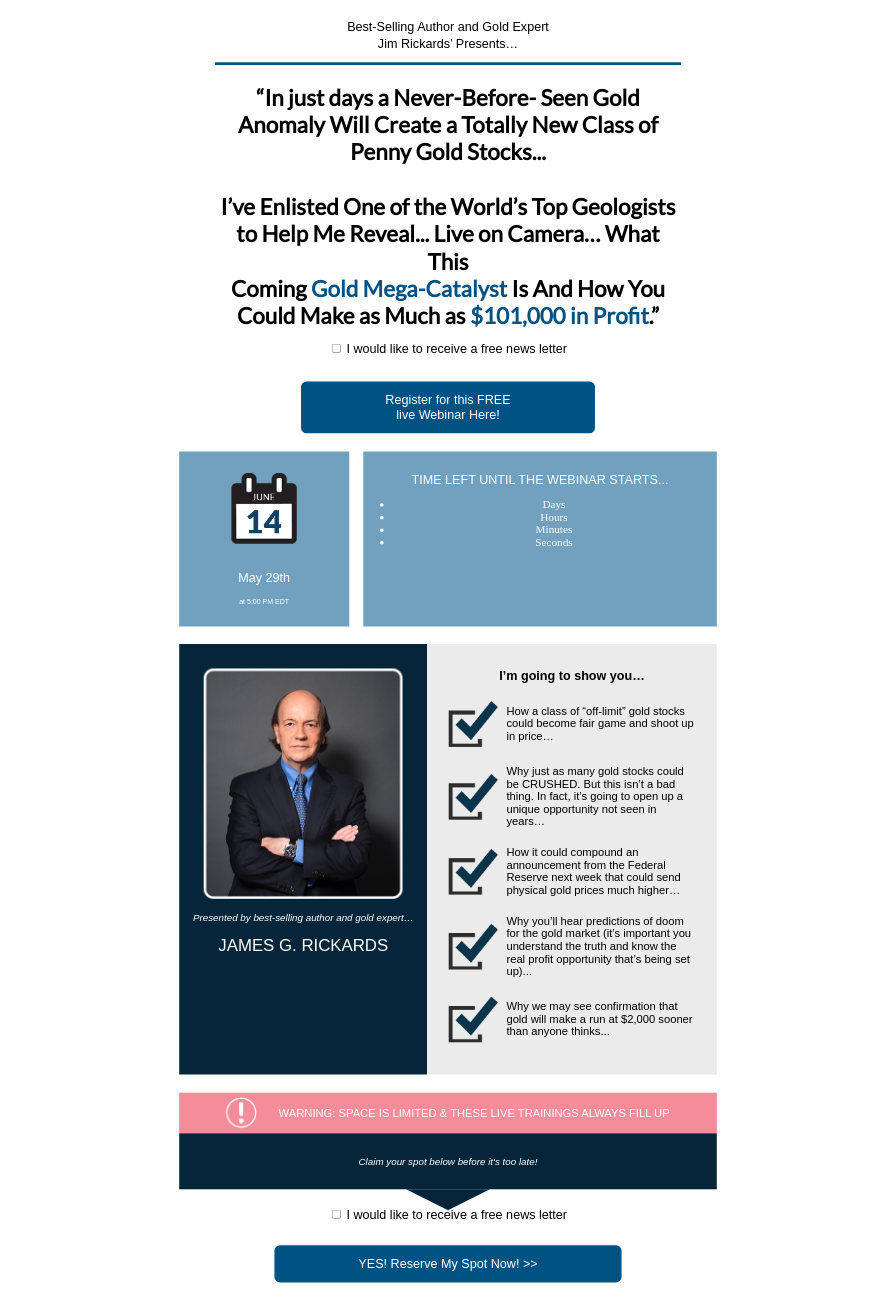
Repository: KrystellBarraza/Test
Page: index.html
The author's editor kept a copy of each file at every save. The page is drawn from the files as they stood at one save, then again after the next save.
The browser window is 1280 px wide. The pictures show the whole page, at 70% of full size.

Above is the page before, as saved 2019-10-07 13:29:44.

After the next save:
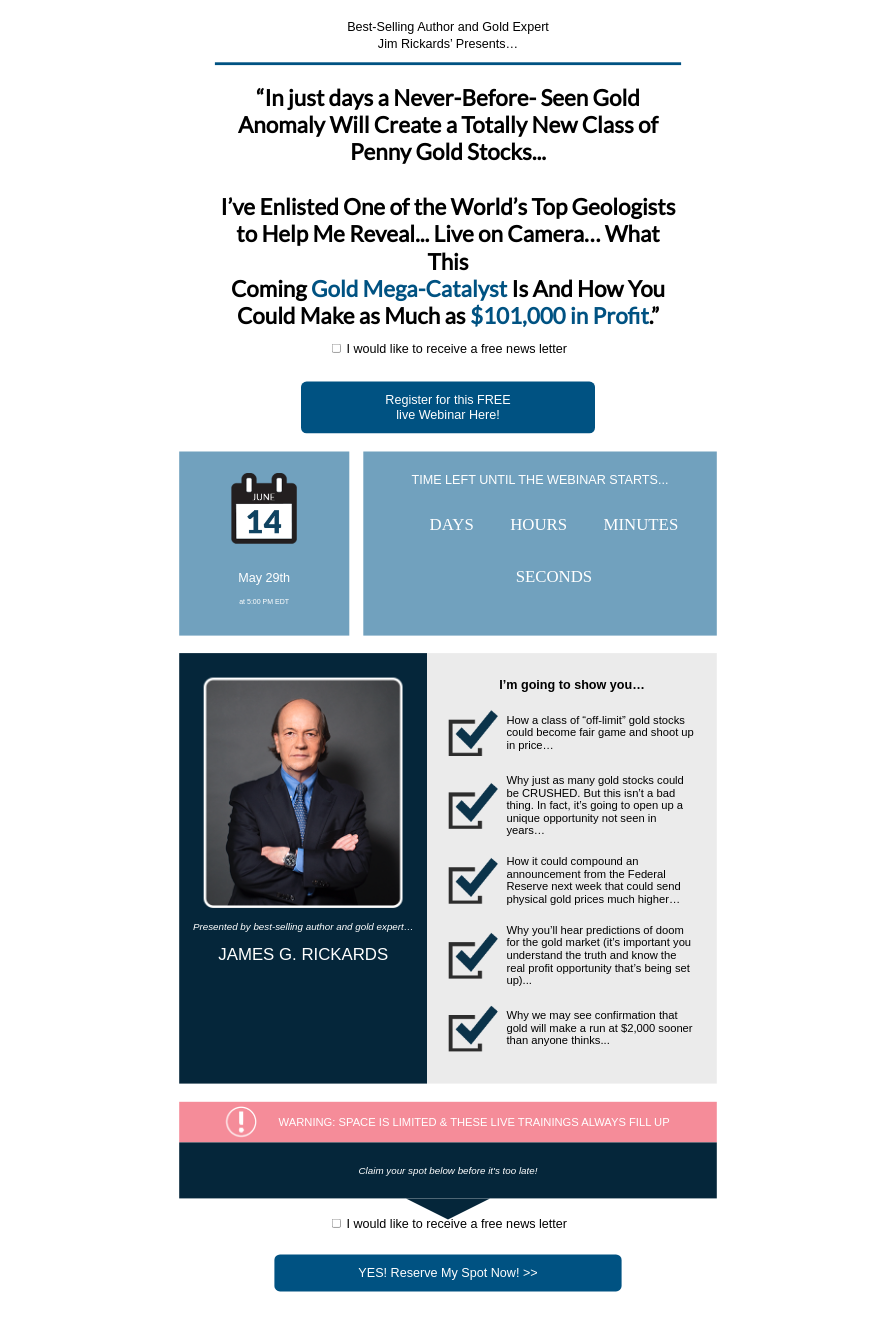
Saved 2 min 3 s later.
--- a/style.css
+++ b/style.css
@@ -154,6 +154,14 @@
     font-family: arial, sans-serif;
 }
 
+li {
+    display: inline-block;
+    font-size: 1.5em;
+    list-style-type: none;
+    padding: 1em;
+    text-transform: uppercase;
+}
+
 @media screen and (max-width: 415px) {
     .container-middle {
         display: grid;
